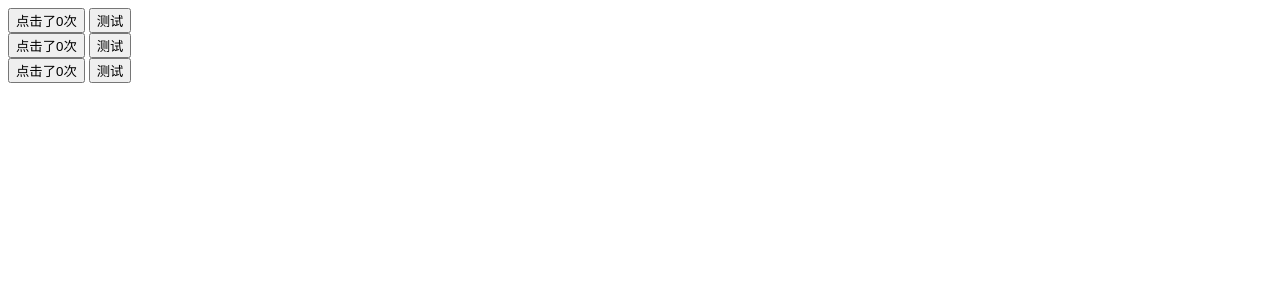
Repository: R1Deemo/Vue
Page: 01.html
These files come from the project's save history. The page is drawn as it stood at one moment and after the next save; the edit follows.
The browser window is 1280 px wide. The pictures show the whole page.

Above is the page before, as saved 2022-11-08 11:21:50.

### 01.html
<!DOCTYPE html>
<html lang="en">

<head>
    <meta charset="UTF-8">
    <meta http-equiv="X-UA-Compatible" content="IE=edge">
    <meta name="viewport" content="width=device-width, initial-scale=1.0">
    <title>Document</title>
</head>

<body>
    <div id="app">
        <button-counter></button-counter>
        <button-counter></button-counter>
        <button-counter></button-counter>
    </div>
    <!-- <script src="/vue学习/js/vue.js"></script> -->
    <script src="https://cdn.jsdelivr.net/npm/vue/dist/vue.js"></script>
    <script>
        Vue.component('HelloWorld', {
                data: function() {
                    msg: 'helloword'
                },
                template: `
            <div>{{msg}}</div>
                 `
            })
            // Vue.component('button-counter', {
            //     data: function() {
            //         return {
            //             count: 0
            //         }
            //     },
            //     template: '<button @click="count++">点击了{{count}}次</button>'
            // })
            //------------------------------------------------------------------------------
        Vue.component('button-counter', {
            //data必须是一个函数
            data: function() {
                return {
                    count: 0
                }
            },
            template: `
            <div>
            <button @click="count++">点击了{{count}}次</button>
            <button>测试</button>
            <HelloWorld></HelloWorld>
            </div>
            `,
            methods: {

            },
        })
        var vm = new Vue({
            el: '#app',
            data: {

            }
        })
    </script>

</body>

</html>

After the next save:
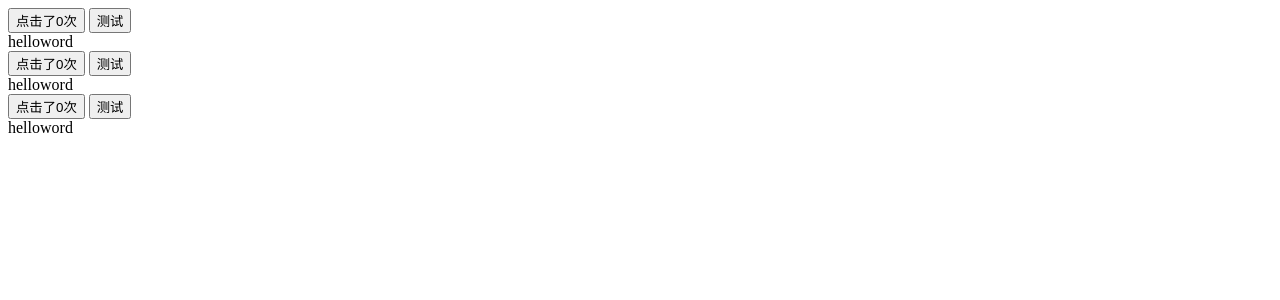
Saved 37 s later.
--- a/01.html
+++ b/01.html
@@ -19,7 +19,10 @@
     <script>
         Vue.component('HelloWorld', {
                 data: function() {
-                    msg: 'helloword'
+                    return {
+                        msg: 'helloword'
+                    }
+
                 },
                 template: `
             <div>{{msg}}</div>
